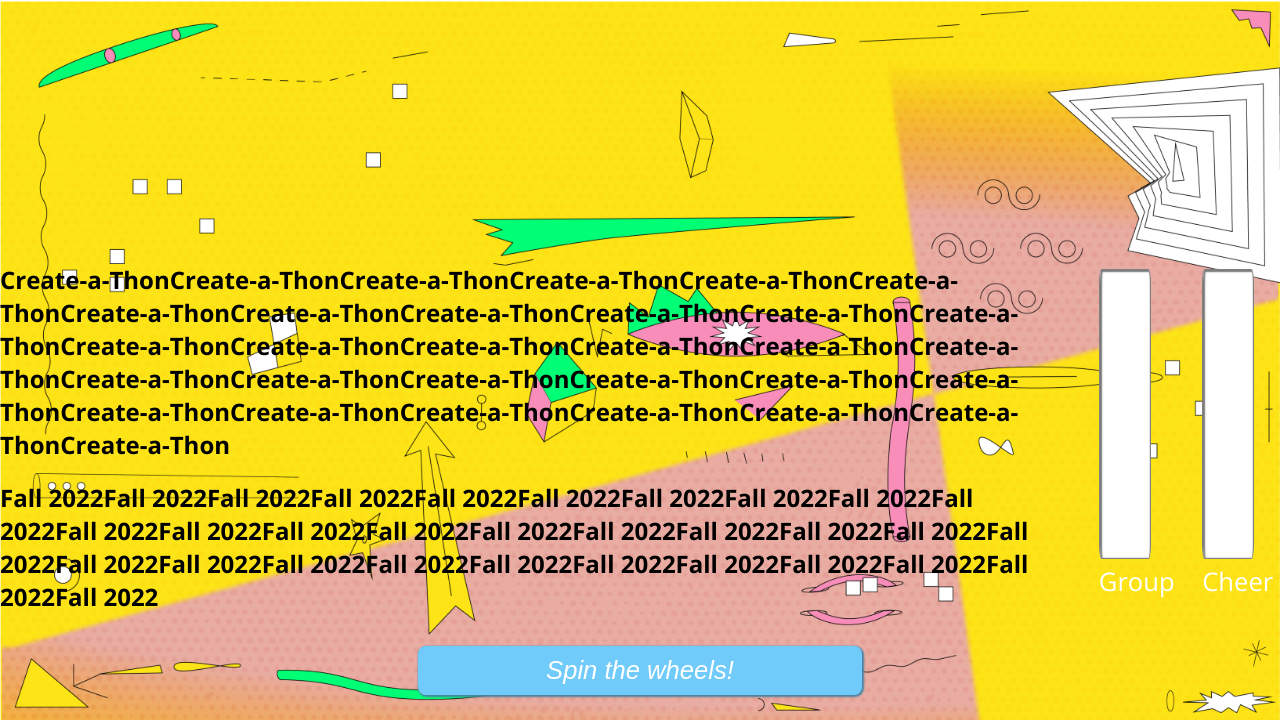
Repository: fakebrianho/IMA-Low-Res-Create-Athon-2022
Page: docs/presentation-order/index.html
These files come from the project's save history. The page is drawn as it stood at one moment and after the next save; the edit follows.
The browser window is 1280 px wide. The pictures show the whole page.

Above is the page before, as saved 2022-10-28 22:21:28.
Not found: docs/presentation-order/libraries/p5.dom.js
Not found: docs/presentation-order/libraries/p5.js
Not found: docs/presentation-order/libraries/p5.sound.js

### docs/presentation-order/index.html
<!DOCTYPE html>
<html>

<head>
  <script src="libraries/p5.js"></script>
  <script src="libraries/p5.dom.js"></script>
  <script src="libraries/p5.sound.js"></script>
  <link
    href="https://fonts.googleapis.com/css2?family=Open+Sans:ital,wght@0,300;0,400;0,600;0,700;0,800;1,300;1,400;1,600;1,700;1,800&display=swap"
    rel="stylesheet">
  <link rel="stylesheet" type="text/css" href="style.css">
  <meta charset="utf-8">
  <title>Create-Athon Presentation Order</title>
</head>

<body>
  <header>

  </header>

  <section>

    <div id="wheel-container">
      <div class="fakeHeader">
        <h1 style="opacity: 0"><span>Create-a-Thon</span></h1>
        <h2 style="opacity: 0"><span>Fall 2022</span></h2>
      </div>
      <div class="prompt" id="input-prompt">
        <div class="changing-segment">
          <div id="inputs">
          </div>
        </div>
        <div class="prompt-label" id="input-label">Group</div>
      </div>

      <div class="prompt" id="output-prompt">
        <div class="changing-segment">
          <div id="outputs">
          </div>
        </div>
        <div class="prompt-label" id="output-label">Cheer</div>
      </div>

    </div>

    <div id="button-container">
      <button> Spin the wheels! </button>
    </div>

  </section>

  <footer>

  </footer>
  <script src='gsap.min.js'></script>
  <script src='index.js'></script>
  <script src="sketch.js"></script>
  <script src="wheel.js"></script>

</body>

</html>

### docs/presentation-order/style.css
html,
body {
	margin: 0;
	padding: 0;
	width: 100%;
	height: 100%;
	box-sizing: border-box;
	font-family: 'Open Sans', sans-serif;
}

section {
	width: 100%;
	height: 100%;
	position: absolute;
	background-image: url('image/bg.png');
	background-size: 100% 100%;
}

p {
	position: relative;
	overflow: hidden;
	overflow-x: auto;
}

#wheel-container {
	display: flex;
	justify-content: center;
	margin-top: 19%;
	overflow: hidden;
}

.prompt {
	display: flex;
	flex-direction: column;
	width: 20%;
	padding: 2%;
	text-align: center;
	overflow: hidden;
}

.changing-segment {
	box-shadow: 1px 1px 1.5px 1px #777 inset;
	border-radius: 5%;
	border-style: groove;
	border-color: gray;
	border-width: 1px;
	position: relative;
	overflow: none;
	background-color: #fff;
	color: black;
	height: 15rem;
	padding: 1rem 0 2rem 0;
	font-size: 1.2rem;
	line-height: 1.55rem;
}

#inputs,
#outputs {
	padding: 5%;
}

/* #outputs {
  font-size: 2rem;
  line-height: 2rem;
} */

.prompt-label {
	color: #fff;
	margin-top: 0.3rem;
	font-size: 1.6rem;
}

#button-container {
	margin-top: 1%;
	text-align: center;
}

button {
	background: #70cafa;
	/* background: #96c8dc; */
	cursor: pointer;
	box-shadow: 1px 1px 2px 1px #4882a0;
	color: white;
	border-width: 0px;
	border-radius: 0.5rem;
	padding: 0.8% 10% 0.8% 10%;
	font-size: 1.6rem;
	font-weight: 400;
	font-style: italic;
}

### docs/presentation-order/index.js
const carousels = document.querySelectorAll('.fakeHeader h1, .fakeHeader h2')
const fadeInTimeline = gsap.timeline()
fadeInTimeline
	.set(carousels, { opacity: 0 })
	.to(carousels, { opacity: 1, delay: 1, stagger: 1, duration: 2 })
carousels.forEach((carousel) => {
	const spanTag = carousel.querySelector('span')
	const spanWidth = spanTag.clientWidth
	for (let i = 0; i < 30; i++) {
		carousel.appendChild(spanTag.cloneNode(true))
	}
	const movementTimeline = gsap.timeline({
		repeat: -1,
	})
	movementTimeline
		.set(carousel, { x: 0 })
		.to(carousel, { x: spanWidth * -1, duration: 6, ease: 'linear' })
})

console.log('hello')

### docs/presentation-order/sketch.js
let spinButton
let data
let inputWheel, outputWheel
let clickSound, endSound, gameShow
let isSpinning = false
let resourcesAvailable = false

function preload() {
	data = loadJSON('data/generator.json')
	//sounds are public domain
	clickSound = loadSound('sound/faded_sine.mp3')
	endSound = loadSound('sound/Electronic_Chime-KevanGC-495939803.mp3')
	// maybe not this sound?
	gameShow = loadSound('sound/gameshow_short.mp3')
}

function windowResized() {
	resizeCanvas(windowWidth, windowHeight)
}

function setup() {
	frameRate(60)

	clickSound.setVolume(0.4)
	gameShow.setVolume(0.5)

	inputWheel = new Wheel('#inputs', data.input)
	outputWheel = new Wheel('#outputs', data.output)

	spinButton = select('button')
	spinButton.mouseClicked(startSpin)
}

function draw() {
	// workaround, see line 69
	if (inputWheel.spin) {
		inputWheel.move()
	}
	if (outputWheel.spin) {
		outputWheel.move()
	}

	if (isSpinning) {
		if (inputWheel.difference == 0 && outputWheel.difference == 0) {
			endSound.play()
			setTimeout(() => {
				gameShow.play()
			}, 100)
			isSpinning = false
		}
	}
}

function startSpin(
	clickEvent,
	targetInput = floor(random(data.input.length)),
	targetOutput = floor(random(data.output.length))
) {
	isSpinning = true

	// inputWheel.target = targetInput // not the target that displays!!
	// inputWheel.spin = true
	inputWheel.update(targetInput)
	// inputWheel.resetAriaHidden();

	outputWheel.target = targetOutput
	outputWheel.spin = true
	outputWheel.resetAriaHidden()

	// console.log(
	//   'make a something where the input is ' +
	//     data.input[targetInput] +
	//     ' and an output is ' +
	//     data.output[targetOutput]
	// );

	// remove data from array here
	console.log(targetInput)
	// console.log(data.input[targetInput])
	data.input.splice(targetInput, 1)
	console.log(data.input)
}

### docs/presentation-order/wheel.js
class Wheel {
	constructor(parentID, data, count = 5, startIndex = 0) {
		this.count = count
		this.data = data
		this.numOfCycles = Math.floor(random(2, 4))
		this.startIndex = startIndex
		this.currentIndex =
			this.startIndex - this.data.length * this.numOfCycles
		this.parentID = parentID
		this.elements = []
		this.position = []
		this.target = startIndex
		this.speed = 5
		this.difference = 0

		for (let i = 0; i < this.count; i++) {
			this.elements[i] = createP(
				this.data[
					(this.startIndex + i - floor(this.count / 2)) %
						this.data.length
				]
			)
			this.elements[i].parent(this.parentID)
			this.elements[i].attribute('aria-hidden', true)
			this.elements[i].style(
				'color',
				rgbToHex(int(random(120)), int(random(120)), int(random(120)))
			)
			this.position[i] = this.elements[i].position()
			if (i == floor(this.count / 2)) {
				this.elements[i].attribute('aria-hidden', false)
			} else {
				this.elements[i].style('visibility', 'hidden')
			}
		}
		// this feels hacky?
		this.startTop = this.position[0].y
		this.currTop = parseInt(this.elements[0].style('top'))
		this.distanceBetweenElements = this.position[1].y - this.position[0].y

		this.spin = false
	}

	resetAriaHidden() {
		for (let i = 0; i < this.count; i++) {
			this.elements[i].attribute('aria-hidden', true)
			this.elements[i].style('visibility', 'visible')
		}
	}

	// continuing the hack workaround
	update(target) {
		console.log(data.input[target])
		let inputWheel = document.getElementById('inputs')
		inputWheel.innerHTML = data.input[target]
		inputWheel.style.position = 'relative'
		inputWheel.style.top = '45%'
		this.spin = false
	}

	move() {
		this.currTop -= this.speed
		// console.log(this.target);
		// console.log(this.currentIndex);
		this.difference = int(this.target) - int(this.currentIndex)
		this.speed =
			(60 *
				abs(
					this.difference % (this.data.length * this.numOfCycles * 2)
				)) /
			(this.data.length * this.numOfCycles * 2)

		// console.log(this.data[this.target],this.target, this.currentIndex, this.difference, (this.data.length*this.numOfCycles), this.speed);

		if (this.currTop < -this.distanceBetweenElements / 2) {
			clickSound.play()
			this.currentIndex++
			this.startIndex =
				this.currentIndex + this.data.length * this.numOfCycles
			this.startIndex %= this.data.length
			this.elements[0].remove()
			this.currTop = 0
			this.elements.splice(0, 1)
			this.elements.push(
				createP(
					this.data[
						(this.data.length +
							this.startIndex +
							floor(this.count / 2)) %
							this.data.length
					]
				)
			)

			this.elements[this.elements.length - 1].parent(this.parentID)
			this.elements[this.elements.length - 1].attribute(
				'aria-hidden',
				true
			)
			this.elements[this.elements.length - 1].style(
				'color',
				rgbToHex(int(random(120)), int(random(120)), int(random(120)))
			)
		}
		for (let i = 0; i < this.elements.length; i++) {
			this.elements[i].style('top', this.currTop + 'px')
		}
		if (this.difference == 0) {
			this.spin = false

			console.log(this.data)

			this.numOfCycles = floor(random(2, 4))
			this.currentIndex =
				this.startIndex - this.data.length * this.numOfCycles
			for (let i = 0; i < this.elements.length; i++) {
				if (i == floor(this.elements.length / 2)) {
					this.elements[i].attribute('aria-hidden', false)
					this.elements[i].addClass('wrap')
				} else {
					this.elements[i].style('visibility', 'hidden')
				}
			}
		}
	}
}

function componentToHex(c) {
	var hex = c.toString(16)
	return hex.length == 1 ? '0' + hex : hex
}

function rgbToHex(r, g, b) {
	return '#' + componentToHex(r) + componentToHex(g) + componentToHex(b)
}

Loaded but not shown: docs/presentation-order/gsap.min.js (library)

After the next save:
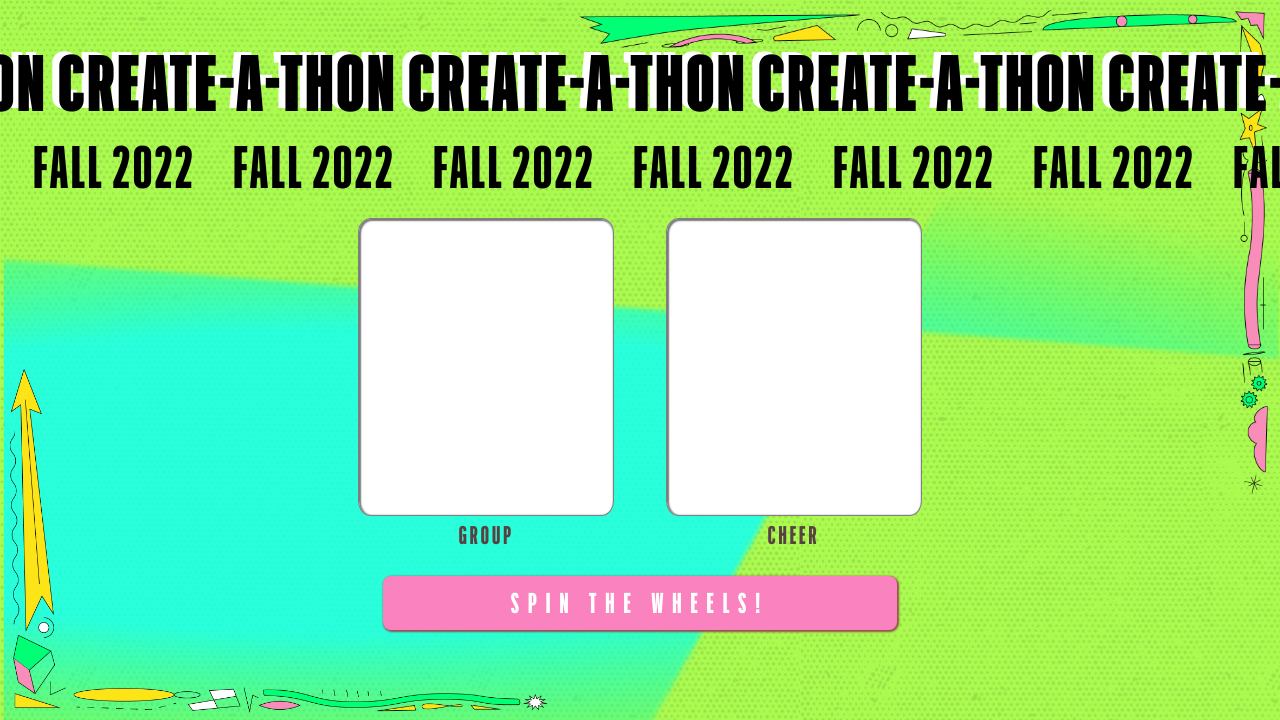
Saved 51 s later.
--- a/docs/presentation-order/style.css
+++ b/docs/presentation-order/style.css
@@ -1,3 +1,11 @@
+@font-face {
+	src: url('font/BildVariableV3-VF.woff2') format('woff2-variations'),
+		url('font/BildVariableV3-VF.woff') format('woff');
+	font-family: 'Bild Variable V3 Web';
+	font-weight: 700 900;
+	font-style: normal;
+}
+
 html,
 body {
 	margin: 0;
@@ -6,14 +14,83 @@
 	height: 100%;
 	box-sizing: border-box;
 	font-family: 'Open Sans', sans-serif;
+	font-family: 'Bild Variable V3 Web';
+	font-weight: 700;
+	hyphens: true;
+	font-synthesis: none;
+	margin: 0;
+	text-transform: uppercase;
+	font-variation-settings: 'wdth' 100;
+	letter-spacing: 3px;
 }
 
 section {
 	width: 100%;
 	height: 100%;
 	position: absolute;
-	background-image: url('image/bg.png');
-	background-size: 100% 100%;
+	background: url(image/bg_border-top.png), url(image/bg_border-bottom.png),
+		url(image/bg_gradient.png), url(image/bg_texture.png), #aafa50;
+	background-repeat: no-repeat, no-repeat, no-repeat, repeat;
+	background-size: auto 70vh, auto 50vh, 100vw 120vh, 800px auto;
+	background-position: right top, left 50vh, left 25vh, 0 0;
+}
+
+h1 {
+	font-family: 'Bild Variable V3 Web';
+	font-size: 80px;
+	font-weight: 900;
+	hyphens: true;
+	font-synthesis: none;
+	text-transform: uppercase;
+	text-shadow: -7px -3px #ffffff;
+	margin: 0;
+	font-variation-settings: 'wdth' 60;
+}
+
+h2 {
+	font-family: 'Bild Variable V3 Web';
+	font-size: 60px;
+	font-weight: 700;
+	hyphens: true;
+	font-synthesis: none;
+	margin: 0;
+	text-transform: uppercase;
+	font-variation-settings: 'wdth' 100;
+}
+
+footer {
+	position: fixed;
+	bottom: 4vh;
+	width: 100vw;
+	text-align: center;
+}
+
+.fakeHeader {
+	position: fixed;
+	top: 35px;
+	left: 0;
+	overflow: hidden;
+	width: 100%;
+	font-size: 16px;
+	font-weight: 800;
+	z-index: 0;
+}
+
+.fakeHeader h1,
+.fakeHeader h2 {
+	display: flex;
+}
+
+h1 span,
+h2 span {
+	width: 350px;
+	display: inline-block;
+	flex: 0 0 auto;
+	/* opacity: 0; */
+}
+
+h2 span {
+	width: 200px;
 }
 
 p {
@@ -25,7 +102,7 @@
 #wheel-container {
 	display: flex;
 	justify-content: center;
-	margin-top: 19%;
+	margin-top: 15%;
 	overflow: hidden;
 }
 
@@ -48,8 +125,8 @@
 	overflow: none;
 	background-color: #fff;
 	color: black;
-	height: 15rem;
-	padding: 1rem 0 2rem 0;
+	height: 17rem;
+	padding: 1rem 0 0.5rem 0;
 	font-size: 1.2rem;
 	line-height: 1.55rem;
 }
@@ -59,32 +136,37 @@
 	padding: 5%;
 }
 
-/* #outputs {
-  font-size: 2rem;
-  line-height: 2rem;
-} */
-
 .prompt-label {
-	color: #fff;
+	color: #594042;
 	margin-top: 0.3rem;
 	font-size: 1.6rem;
 }
 
 #button-container {
-	margin-top: 1%;
+	margin-top: 0%;
 	text-align: center;
 }
 
 button {
-	background: #70cafa;
-	/* background: #96c8dc; */
+	background: #fa82be;
 	cursor: pointer;
-	box-shadow: 1px 1px 2px 1px #4882a0;
+	box-shadow: 1px 1px 2px 1px rgb(148, 79, 79);
 	color: white;
 	border-width: 0px;
 	border-radius: 0.5rem;
 	padding: 0.8% 10% 0.8% 10%;
-	font-size: 1.6rem;
-	font-weight: 400;
-	font-style: italic;
+	font-size: 1.8rem;
+	font-weight: 200;
+	font-family: 'Open Sans', sans-serif;
+	font-family: 'Bild Variable V3 Web';
+	font-weight: 700;
+	hyphens: true;
+	font-synthesis: none;
+	margin: 0;
+	text-transform: uppercase;
+	font-variation-settings: 'wdth' 100;
+	letter-spacing: 9px;
 }
+
+/* background-image: url('image/bg.png');
+background-size: 100% 100%; */
